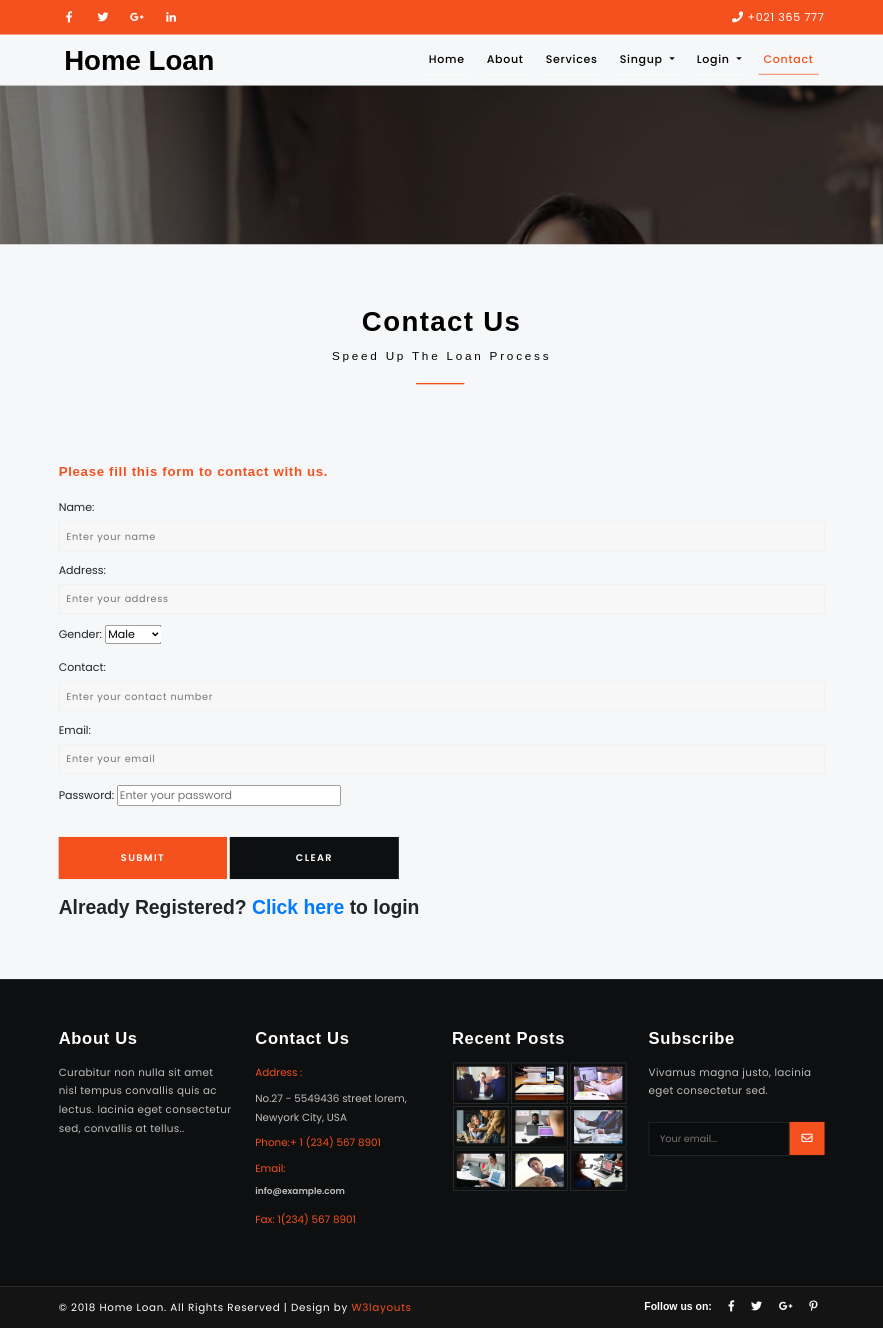
Repository: 72-faisal/Spring-MVC-project
Page: http://localhost/HomeLoan/WEB-INF/views/UserRegister.jsp
These files come from the project's save history. The page is drawn as it stood at one moment and after the next save; the edit follows.
The browser window is 1280 px wide. The pictures show the whole page, at 69% of full size.
Some web fonts or font styles are not loaded; a fallback is used. The page is served by Tomcat 9. Nobody is signed in. The template is opened directly, without the code that normally fills it, so the values that code supplies are empty.

Above is the page before, as saved 2023-12-27 04:34:19.

After the next save:
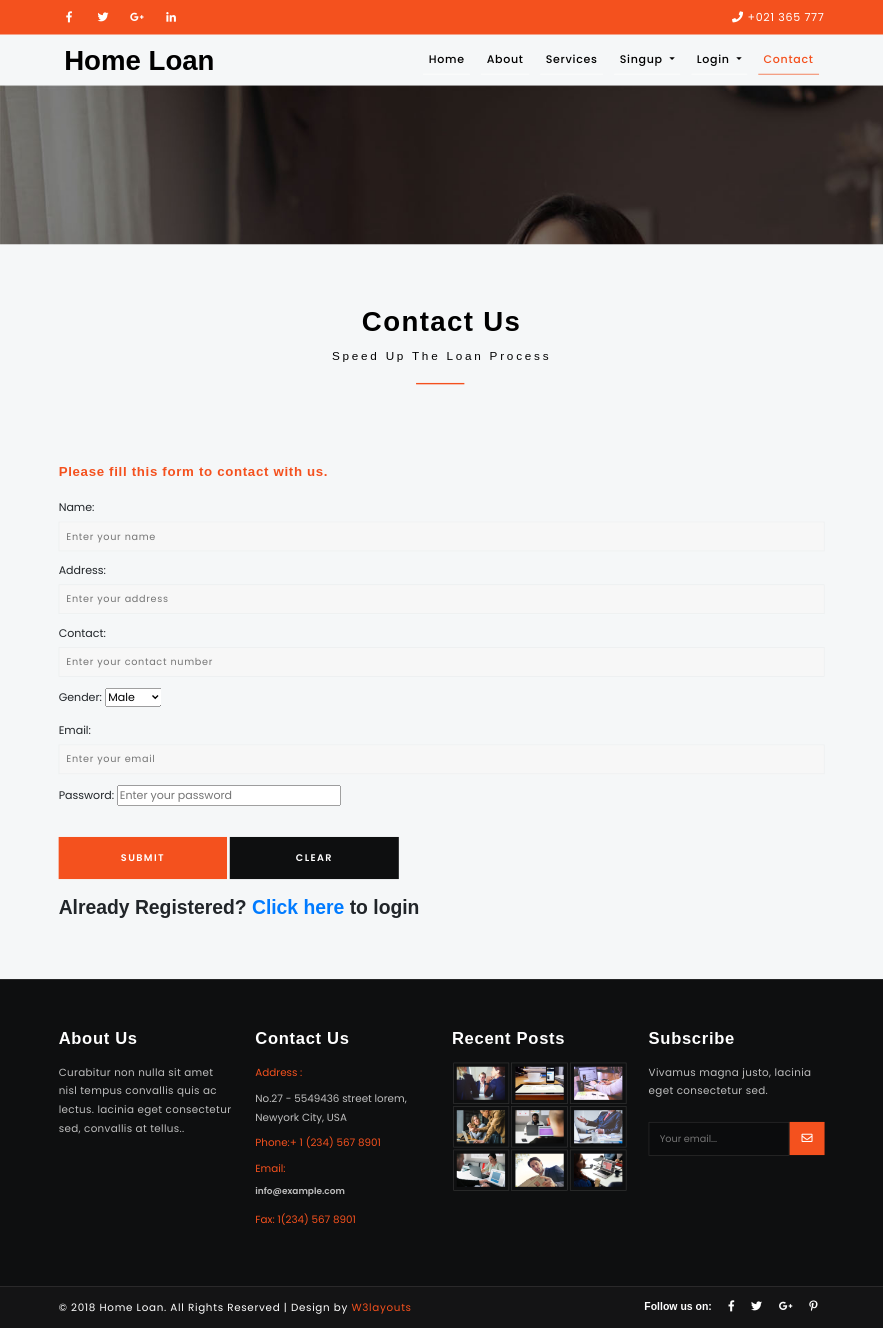
Saved 2 min 23 s later.
--- a/HomeLoan/src/main/webapp/WEB-INF/views/UserRegister.jsp
+++ b/HomeLoan/src/main/webapp/WEB-INF/views/UserRegister.jsp
@@ -133,45 +133,48 @@ SmartPhone Compatible web template, free WebDesigns for Nokia, Samsung, LG, Sony
 					<h6>Please fill this form to contact with us.</h6>
 					<form action="/addUser" method="post">
 						<div class="contact_left_grid">
-							   <div class="form-group">
-                            <label for="name">Name:</label>
-                            <input type="text" id="name" name="name" placeholder="Enter your name" required="">
-                        </div>
-
-                        <div class="form-group">
-                            <label for="address">Address:</label>
-                            <input type="text" id="address" name="address" placeholder="Enter your address" required="">
-                        </div>
-
-                        <div class="form-group">
-                            <label for="gender">Gender:</label>
-                            <select id="gender" name="gender" required="">
-                                <option value="male">Male</option>
-                                <option value="female">Female</option>
-                            </select>
-                        </div>
-
-                        <div class="form-group">
-                            <label for="contact">Contact:</label>
-                            <input type="text" id="contact" name="contact" placeholder="Enter your contact number" required="">
-                        </div>
-
-                        <div class="form-group">
-                            <label for="email">Email:</label>
-                            <input type="email" id="email" name="email" placeholder="Enter your email" required="">
-                        </div>
-
-                        <div class="form-group">
-                            <label for="password">Password:</label>
-                            <input type="password" id="password" name="password" placeholder="Enter your password" required="">
-                        </div>
-
-                        <br>
-                        <input type="submit" value="Submit">
-                        <input type="reset" value="Clear">
-                        <div class="clearfix"> </div>
-                        <br>
-                        <h3>Already Registered? <a href="UserLogin">Click here</a> to login</h3>
+							<div class="form-group">
+								<label for="name">Name:</label> <input type="text" id="name"
+									name="name" placeholder="Enter your name" required="">
+							</div>
+
+							<div class="form-group">
+								<label for="address">Address:</label> <input type="text"
+									id="address" name="address" placeholder="Enter your address"
+									required="">
+							</div>
+
+
+							<div class="form-group">
+								<label for="contact">Contact:</label> <input type="text"
+									id="contact" name="contact"
+									placeholder="Enter your contact number" required="">
+							</div>
+							<div class="form-group">
+								<label for="gender">Gender:</label> <select id="gender"
+									name="gender" required="">
+									<option value="male">Male</option>
+									<option value="female">Female</option>
+								</select>
+							</div>
+							<div class="form-group">
+								<label for="email">Email:</label> <input type="email" id="email"
+									name="email" placeholder="Enter your email" required="">
+							</div>
+
+							<div class="form-group">
+								<label for="password">Password:</label> <input type="password"
+									id="password" name="password" placeholder="Enter your password"
+									required="">
+							</div>
+
+							<br> <input type="submit" value="Submit"> <input
+								type="reset" value="Clear">
+							<div class="clearfix"></div>
+							<br>
+							<h3>
+								Already Registered? <a href="UserLogin">Click here</a> to login
+							</h3>
 						</div>
 					</form>
 				</div>
